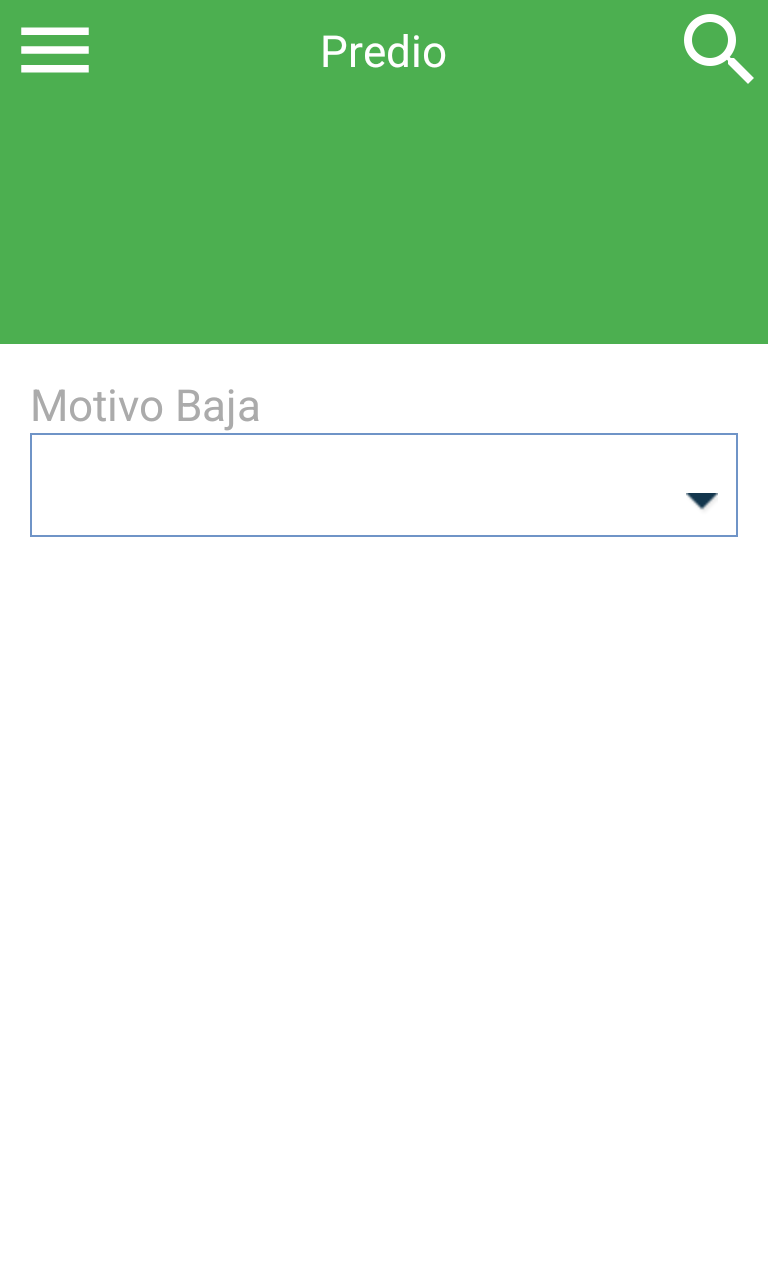
Repository: danielctf/Chilterra
Layout: Proyectos/Animales/res/layout/activity_baja_ganado.xml
The author's editor kept a copy of each file at every save. The layout is drawn from the files as they stood at one save, then again after the next save.
It is drawn on a 768 x 1280 px phone screen (xhdpi) without system bars, with theme AppTheme; the app's code is not run.

Above is the layout before, as saved 2015-10-09 16:22:49.

### Proyectos/Animales/res/layout/activity_baja_ganado.xml
<LinearLayout xmlns:android="http://schemas.android.com/apk/res/android"
    xmlns:tools="http://schemas.android.com/tools"
    android:id="@+id/LinearLayout1"
    android:layout_width="match_parent"
    android:layout_height="match_parent"
    android:orientation="vertical"
    tools:context="cl.a2r.animales.BajaGanado" >

    <RelativeLayout
        android:layout_width="match_parent"
        android:layout_height="50dp"
        android:background="@color/green" >

        <ImageButton
            android:id="@+id/menu"
            android:layout_width="wrap_content"
            android:layout_height="wrap_content"
            android:layout_alignParentLeft="true"
            android:layout_centerVertical="true"
            android:layout_marginLeft="5dp"
            android:background="@null"
            android:src="@drawable/ic_navigation_menu" />

        <TextView
            android:id="@+id/predio"
            android:layout_width="wrap_content"
            android:layout_height="wrap_content"
            android:layout_centerHorizontal="true"
            android:layout_centerVertical="true"
            android:text="Predio"
            android:textAppearance="?android:attr/textAppearanceLarge"
            android:textColor="@color/white" />

        <ImageView
            android:id="@+id/logs"
            android:layout_width="wrap_content"
            android:layout_height="wrap_content"
            android:layout_alignParentRight="true"
            android:layout_centerVertical="true"
            android:src="@drawable/ic_search_white_48dp" />
    </RelativeLayout>

    <RelativeLayout
        android:layout_width="match_parent"
        android:layout_height="wrap_content"
        android:background="@color/green"
        android:layout_weight="0.2" >

        <TextView
            android:id="@+id/despliegaDiio"
            android:layout_width="wrap_content"
            android:layout_height="wrap_content"
            android:layout_centerHorizontal="true"
            android:layout_centerVertical="true"
            android:text=""
            android:textAppearance="?android:attr/textAppearanceLarge" />

    </RelativeLayout>

    <RelativeLayout
        android:layout_width="match_parent"
        android:layout_height="wrap_content"
        android:layout_weight="0.8" >

        <TextView
            android:id="@+id/textView1"
            android:layout_width="wrap_content"
            android:layout_height="wrap_content"
            android:layout_alignParentLeft="true"
            android:layout_alignParentTop="true"
            android:layout_marginLeft="15dp"
            android:layout_marginTop="15dp"
            android:text="Motivo Baja"
            android:textColor="#ababab"
            android:textAppearance="?android:attr/textAppearanceLarge" />

        <Spinner
            android:id="@+id/motivoBaja"
            android:layout_width="match_parent"
            android:layout_height="wrap_content"
            android:layout_alignLeft="@+id/textView1"
            android:layout_marginRight="15dp"
            android:background="@drawable/shape_drop_down_normal"
            android:layout_below="@+id/textView1" />

    </RelativeLayout>

</LinearLayout>

### Proyectos/Animales/res/values/colors.xml
<?xml version="1.0" encoding="utf-8"?>
<resources>
    <color name="red">#ffff0000</color>
    <color name="darkred">#b22222</color>
    <color name="white">#ffffff</color>
    <color name="gris">#cccccc</color>
    <color name="green">#4caf50</color>
</resources>

### Proyectos/Animales/res/drawable/shape_drop_down_normal.xml
<?xml version="1.0" encoding="utf-8"?>
<layer-list xmlns:android="http://schemas.android.com/apk/res/android" >
<item>
    <shape>
        <solid android:color="@android:color/transparent" />

        <stroke
            android:width="1dp"
            android:color="#6f94c7" />

        <padding
            android:bottom="10dp"
            android:left="2dp"
            android:right="10dp"
            android:top="30dp" />
    </shape>
</item>
<item>
    <bitmap
        android:gravity="end"
        android:src="@drawable/sm_tooltip_arrow" />
</item>
</layer-list>

Loaded but not shown: Proyectos/Animales/res/values/styles.xml (common file); Proyectos/Animales/res/values-v11/styles.xml (common file); Proyectos/Animales/res/values-v14/styles.xml (common file)

After the next save:
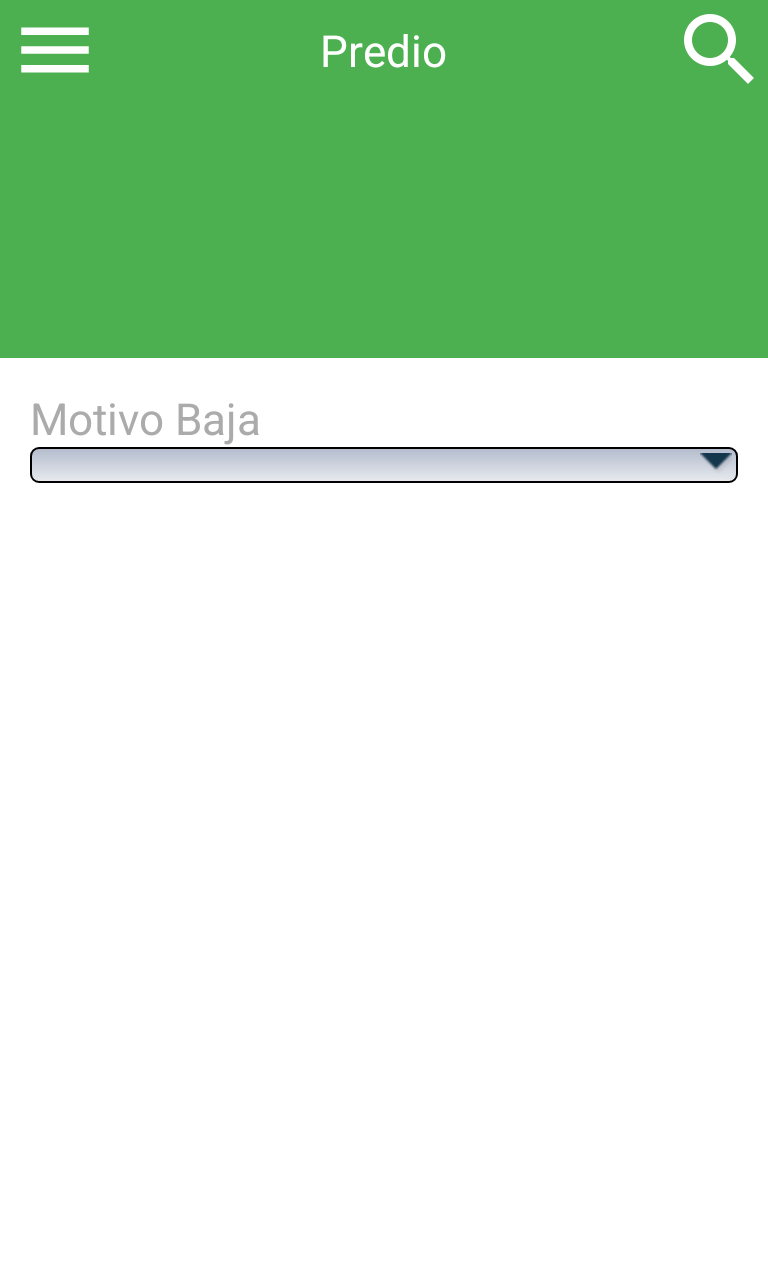
Saved 2 min 16 s later.
--- a/Proyectos/Animales/res/drawable/shape_drop_down_normal.xml
+++ b/Proyectos/Animales/res/drawable/shape_drop_down_normal.xml
@@ -2,17 +2,13 @@
 <layer-list xmlns:android="http://schemas.android.com/apk/res/android" >
 <item>
     <shape>
-        <solid android:color="@android:color/transparent" />
+                   <gradient android:angle="90" android:endColor="#B3BBCC" android:startColor="#E8EBEF" android:type="linear" />
 
-        <stroke
-            android:width="1dp"
-            android:color="#6f94c7" />
+                    <stroke android:width="1dp" android:color="#000000" />
 
-        <padding
-            android:bottom="10dp"
-            android:left="2dp"
-            android:right="10dp"
-            android:top="30dp" />
+                    <corners android:radius="4dp" />
+
+                    <padding android:bottom="3dp" android:left="3dp" android:right="3dp" android:top="3dp" />
     </shape>
 </item>
 <item>
